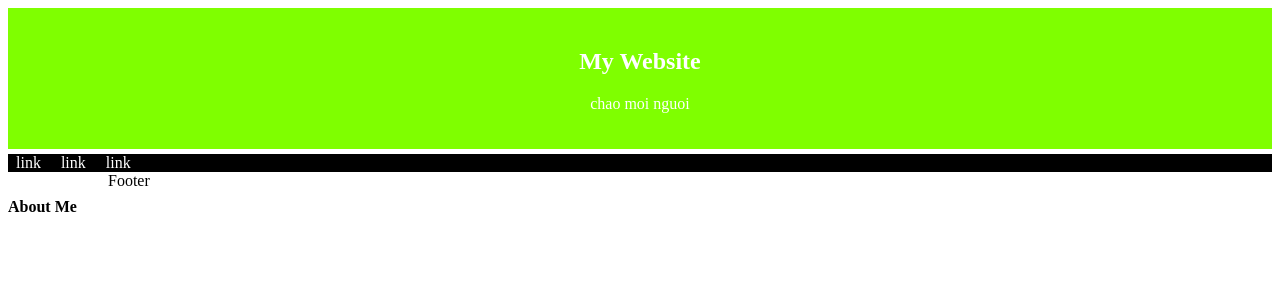
Repository: Lehuyhuynh/BTH2-CSS
Page: BTH2/index,.html
An editor plug-in stored every save of this project. The page is shown before and after the next save, followed by the edit.
The browser window is 1280 px wide. The pictures show the whole page.

Above is the page before, as saved 2023-08-11 11:04:00.

### BTH2/index,.html
<!DOCTYPE html>
<html lang="en">
<head>
  <meta charset="UTF-8">
  <meta name="viewport" content="width=device-width, initial-scale=1.0">
  <link rel="stylesheet" href="style.css">
  <title> TH 2</title>
</head>
<body>
  <div class="head">
    <h2>My Website</h2>
    <p>chao moi nguoi</p>
  </div>

  <div class="head-link">
    <p>link</p>
    <p>link</p>
    <p>link</p>
  </div>

  <div class="main">
    <div class="left">
      <h4>About Me</h4>
      <div></div>
    </div>

    <div class="center"></div>

    <div class="footer">Footer</div>
  </div>
</body>
</html>

### BTH2/style.css
*{
  box-sizing: border-box;
}
.head{
  background-color: chartreuse;
  padding: 20px 0;
  margin-bottom: 5px;
}
h2{
  text-align: center;
  color: white;
}
p{
  text-align: center;
  color: white;

}
.head-link{
  background-color: black;
}
.head-link p{
  display: inline;
  margin: 8px;
}
.left{
  border: 1px solid w ;
  border-radius: 5px;
  float: left;
  margin-top: 5px;
  height: 100%;
  width: 100px;
}

After the next save:
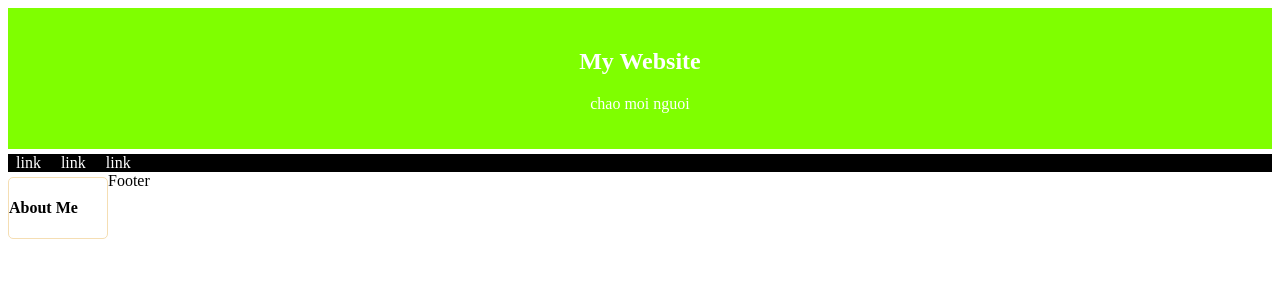
Saved 6 s later.
--- a/BTH2/style.css
+++ b/BTH2/style.css
@@ -23,7 +23,7 @@ p{
   margin: 8px;
 }
 .left{
-  border: 1px solid w ;
+  border: 1px solid wheat ;
   border-radius: 5px;
   float: left;
   margin-top: 5px;
